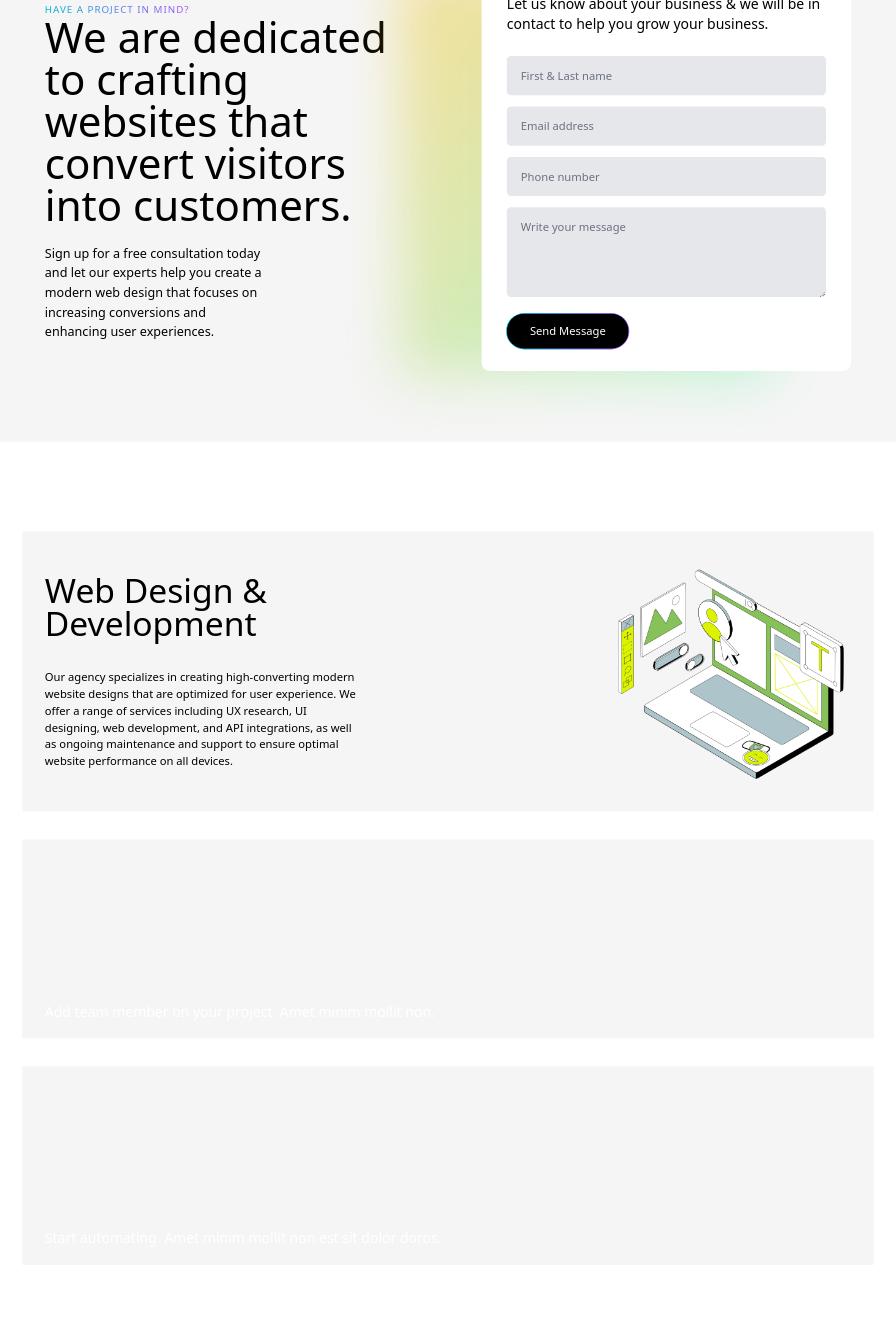
Repository: ornelasedward/mired_website
Page: /
These files come from the project's save history. The page is drawn as it stood at one moment and after a run of saves; the edit follows.
The browser window is 1280 px wide. The pictures show the part of the page from y = 1403 to 3323 px (the page is 3338 px tall), at 70% of full size.
The project was rebuilt for these pictures with package versions that can differ from the ones it lists, and the page was loaded fresh each time. The framework's server and built-in components were replaced by stand-ins that run in the browser. Also part of the build but not shown: next.config.js.

Above is the page before, as saved 2023-03-28 20:09:13.

### app/layout.tsx
import "./globals.css";

export const metadata = {
  title: "Mired",
  description: "Web design and development services",
};

export default function RootLayout({
  children,
}: {
  children: React.ReactNode;
}) {
  return (
    <html lang="en" className="bg-[#F5F5F5]">
      <body>{children}</body>
    </html>
  );
}

### app/page.tsx
import Header from "@/components/Header";
import Hero from "@/components/Hero";
import Services from "@/components/Services";
import CTA from "@/components/CTA";
import { Inter } from "next/font/google";
import Testimonial from "@/components/Testimonials";
import FAQ from "@/components/FAQ";
import Contact from "@/components/Contact";
import Footer from "@/components/Footer";

const inter = Inter({ subsets: ["latin"] });

export default function Home() {
  return (
    <main>
      <Hero />
      <Header />
      <Services />
      {/*  <CTA />
      <Testimonial />
      <FAQ />
      <Contact />
      <Footer /> */}
    </main>
  );
}

### components/Header.tsx
export default function Header() {
  return (
    <section className="py-12 overflow-hidden sm:py-16 lg:py-20 xl:py-24">
      <div className="px-4 mx-auto max-w-7xl sm:px-6 lg:px-8">
        <div className="grid max-w-6xl grid-cols-1 mx-auto gap-y-12 lg:grid-cols-2 lg:gap-x-16 xl:gap-x-24">
          <div className="relative flex flex-col justify-between max-w-lg lg:py-12 lg:max-w-none">
            <div className="flex-1">
              <p className="text-sm font-normal tracking-widest uppercase">
                <span className="text-transparent bg-clip-text bg-gradient-to-r from-cyan-500 to-purple-500">
                  {" "}
                  Have a project in mind?{" "}
                </span>
              </p>
            </div>

            <div className="mt-6 lg:mt-auto">
              <h2 className="text-3xl font-normal text-black sm:text-4xl lg:text-5xl xl:text-6xl">
                We are dedicated to crafting websites that convert visitors into
                customers.
              </h2>
              <p className="mt-4 text-base font-normal text-black lg:max-w-xs sm:text-lg sm:mt-6">
                Sign up for a free consultation today and let our experts help
                you create a modern web design that focuses on increasing
                conversions and enhancing user experiences.
              </p>
            </div>
          </div>

          <div className="relative flex items-center justify-center">
            <div className="absolute right-1/4 transform translate-x-4 -translate-y-1/2 top-1/2 bg-gradient-to-br from-[#F7BE08] to-[#55F5A3] w-full h-full blur-2xl opacity-40" />

            <div className="relative overflow-hidden bg-white rounded-xl">
              <div className="p-6 sm:py-8 sm:px-9">
                <p className="text-xl font-normal text-black">
                  Let us know about your business & we will be in contact to
                  help you grow your business.
                </p>

                <form action="#" method="POST" className="mt-8 space-y-4">
                  <div>
                    <label for="" className="sr-only">
                      {" "}
                      Full name{" "}
                    </label>
                    <div>
                      <input
                        type="text"
                        name=""
                        id=""
                        placeholder="First & Last name"
                        className="block w-full px-5 py-4 text-base text-black placeholder-gray-500 bg-gray-200 rounded-md focus:border-black focus:ring-1 focus:ring-black"
                      />
                    </div>
                  </div>

                  <div>
                    <label for="" className="sr-only">
                      {" "}
                      Email address{" "}
                    </label>
                    <div>
                      <input
                        type="email"
                        name=""
                        id=""
                        placeholder="Email address"
                        className="block w-full px-5 py-4 text-base text-black placeholder-gray-500 bg-gray-200 rounded-md focus:border-black focus:ring-1 focus:ring-black"
                      />
                    </div>
                  </div>

                  <div>
                    <label for="" className="sr-only">
                      {" "}
                      Phone number{" "}
                    </label>
                    <div>
                      <input
                        type="tel"
                        name=""
                        id=""
                        placeholder="Phone number"
                        className="block w-full px-5 py-4 text-base text-black placeholder-gray-500 bg-gray-200 rounded-md focus:border-black focus:ring-1 focus:ring-black"
                      />
                    </div>
                  </div>

                  <div>
                    <label for="" className="sr-only">
                      {" "}
                      Message{" "}
                    </label>
                    <div>
                      <textarea
                        name=""
                        id=""
                        placeholder="Write your message"
                        rows="4"
                        className="block w-full px-5 py-4 text-base text-black placeholder-gray-500 bg-gray-200 rounded-md focus:border-black focus:ring-1 focus:ring-black"
                      ></textarea>
                    </div>
                  </div>

                  <div>
                    <div className="relative inline-flex mt-2 group">
                      <div className="absolute transition-all duration-200 rounded-[2rem] -inset-px bg-gradient-to-r from-cyan-500 to-purple-500 group-hover:shadow-lg group-hover:shadow-cyan-500/50"></div>
                      <button
                        type="button"
                        className="relative inline-flex items-center justify-center px-8 py-3 text-base font-normal text-white bg-black border border-transparent rounded-[2rem]"
                        role="button"
                      >
                        Send Message
                      </button>
                    </div>
                  </div>
                </form>
              </div>
            </div>
          </div>
        </div>
      </div>
    </section>
  );
}

### components/Hero.tsx
import Image from "next/image";
import Link from "next/link";
import header from "../images/header.png";
import Logo from "../images/Logo.png";

export default function Hero() {
  return (
    <div className="overflow-x-hidden">
      <header className="py-4 md:py-6" x-data="{expanded: false}">
        <div className="container px-4 mx-auto sm:px-6 lg:px-8">
          <div className="flex items-center justify-between">
            <div className="flex-shrink-0">
              <Link
                href="#"
                title=""
                className="flex rounded outline-none focus:ring-1 focus:ring-gray-900 focus:ring-offset-2"
              >
                <Image
                  className="w-auto h-9"
                  src={Logo}
                  alt=""
                  width={100}
                  height={100}
                />
              </Link>
            </div>

            <div className="flex lg:hidden">
              <button type="button" className="text-gray-900">
                <span x-show="!expanded" aria-hidden="true">
                  <svg
                    className="w-7 h-7"
                    xmlns="http://www.w3.org/2000/svg"
                    fill="none"
                    viewBox="0 0 24 24"
                    stroke="currentColor"
                  >
                    <path
                      stroke-linecap="round"
                      stroke-linejoin="round"
                      stroke-width="1.5"
                      d="M4 6h16M4 12h16M4 18h16"
                    />
                  </svg>
                </span>

                <span x-show="expanded" aria-hidden="true">
                  <svg
                    className="w-7 h-7"
                    xmlns="http://www.w3.org/2000/svg"
                    fill="none"
                    viewBox="0 0 24 24"
                    stroke="currentColor"
                  >
                    <path
                      stroke-linecap="round"
                      stroke-linejoin="round"
                      stroke-width="2"
                      d="M6 18L18 6M6 6l12 12"
                    />
                  </svg>
                </span>
              </button>
            </div>

            <div className="hidden lg:flex lg:ml-16 lg:items-center lg:justify-center lg:space-x-10 xl:space-x-12">
              <Link
                href="#"
                title=""
                className="text-base font-medium text-gray-900 transition-all duration-200 rounded focus:outline-none font-pj hover:text-opacity-50 focus:ring-1 focus:ring-gray-900 focus:ring-offset-2 p-2"
              >
                Home
              </Link>

              <Link
                href="#"
                title=""
                className="text-base font-medium text-gray-900 transition-all duration-200 rounded focus:outline-none font-pj hover:text-opacity-50 focus:ring-1 focus:ring-gray-900 focus:ring-offset-2 p-2"
              >
                About
              </Link>

              <Link
                href="#"
                title=""
                className="text-base font-medium text-gray-900 transition-all duration-200 rounded focus:outline-none font-pj hover:text-opacity-50 focus:ring-1 focus:ring-gray-900 focus:ring-offset-2 p-2"
              >
                Services
              </Link>
              <Link
                href="#"
                title=""
                className="text-base font-medium text-gray-900 transition-all duration-200 rounded focus:outline-none font-pj hover:text-opacity-50 focus:ring-1 focus:ring-gray-900 focus:ring-offset-2 p-2"
              >
                Our work
              </Link>
              <Link
                href="#"
                title=""
                className="text-base font-medium text-gray-900 transition-all duration-200 rounded focus:outline-none font-pj hover:text-opacity-50 focus:ring-1 focus:ring-gray-900 focus:ring-offset-2 p-2"
              >
                FAQ
              </Link>
            </div>

            <div className="hidden lg:ml-auto lg:flex lg:items-center lg:space-x-10">
              <Link href="/" title="">
                <button
                  className="inline-flex items-center justify-center px-6 py-3 text-base font-normal leading-7 text-black transition-all duration-200 bg-transparent border-[2px] border-black rounded-[2rem] font-inter cursor-pointer focus:outline-none focus:ring-2 focus:ring-offset-2 focus:ring-gray-900 hover:bg-gray-900 focus:bg-gray-900 hover:text-white focus:text-white hover:border-gray-900 focus:border-gray-900"
                  role="button"
                >
                  <h1>Work with us</h1>
                  <svg
                    xmlns="http://www.w3.org/2000/svg"
                    fill="none"
                    viewBox="0 0 24 24"
                    stroke-width="1.5"
                    stroke="currentColor"
                    className="w-auto h-8 items-center pt-1 pl-2"
                  >
                    <path
                      stroke-linecap="round"
                      stroke-linejoin="round"
                      d="M17.25 8.25L21 12m0 0l-3.75 3.75M21 12H3"
                    />
                  </svg>
                </button>
              </Link>
            </div>
          </div>

          {/* <nav x-show="expanded" x-collapse>
            <div className="px-1 py-8">
              <div className="grid gap-y-7">
                <Link
                  href="#"
                  title=""
                  className="flex items-center p-3 -m-3 text-base font-medium text-gray-900 transition-all duration-200 rounded-xl hover:bg-gray-50 focus:outline-none font-pj focus:ring-1 focus:ring-gray-900 focus:ring-offset-2"
                >
                  {" "}
                  Features{" "}
                </Link>

                <Link
                  href="#"
                  title=""
                  className="flex items-center p-3 -m-3 text-base font-medium text-gray-900 transition-all duration-200 rounded-xl hover:bg-gray-50 focus:outline-none font-pj focus:ring-1 focus:ring-gray-900 focus:ring-offset-2"
                >
                  {" "}
                  Pricing{" "}
                </Link>

                <Link
                  href="#"
                  title=""
                  className="flex items-center p-3 -m-3 text-base font-medium text-gray-900 transition-all duration-200 rounded-xl hover:bg-gray-50 focus:outline-none font-pj focus:ring-1 focus:ring-gray-900 focus:ring-offset-2"
                >
                  {" "}
                  Automation{" "}
                </Link>

                <Link
                  href="#"
                  title=""
                  className="flex items-center p-3 -m-3 text-base font-medium text-gray-900 transition-all duration-200 rounded-xl hover:bg-gray-50 focus:outline-none font-pj focus:ring-1 focus:ring-gray-900 focus:ring-offset-2"
                >
                  {" "}
                  Customer Login{" "}
                </Link>

                <Link
                  href="#"
                  title=""
                  className="inline-flex items-center justify-center px-6 py-3 text-base font-bold leading-7 text-white transition-all duration-200 bg-gray-900 border border-transparent rounded-xl hover:bg-gray-600 font-pj focus:outline-none focus:ring-2 focus:ring-offset-2 focus:ring-gray-900"
                  role="button"
                >
                  Sign up
                </Link>
              </div>
            </div>
          </nav> */}
        </div>
      </header>

      <section className="pt-12 sm:pt-16">
        <div className="px-4 mx-auto max-w-7xl sm:px-6 lg:px-8">
          <div className="max-w-4xl mx-auto text-center">
            <div className="flex flex-col gap-4">
              <h1 className="mt-5 text-4xl font-light leading-tight text-gray-900 sm:leading-tight sm:text-5xl lg:text-6xl lg:leading-tight font-pj">
                Boost your online success with our data-driven
                <span className="relative inline-flex sm:inline">
                  {/* <span className="bg-gradient-to-r from-[#44BCFF] via-[#FF44EC] to-[#FF675E] blur-lg filter opacity-30 w-full h-full absolute inset-0"></span> */}
                  <span className="relative"> solutions </span>
                </span>
              </h1>
              <p className="px-6 text-lg text-gray-600 font-inter">
                Get the website you&apos;ve always wanted and the conversions{" "}
                you deserve with our
                <br /> full-service agency.
              </p>
            </div>
            <div className="px-8 sm:items-center sm:justify-center sm:px-0 sm:space-x-5 sm:flex mt-9">
              <Link
                href="#"
                title=""
                className="inline-flex items-center justify-center w-full px-8 py-3 text-lg font-bold text-black transition-all duration-200 bg-[#F8D44C] border-2 border-transparent sm:w-auto rounded-[2rem] font-pj hover:bg-gray-600 hover:text-white focus:bg-gray-600 focus:text-white focus:outline-none focus:ring-2 focus:ring-offset-2 focus:ring-gray-900"
                role="button"
              >
                Book a consultation
              </Link>

              <Link
                href="#"
                title=""
                className="inline-flex items-center justify-center w-full px-6 py-3 mt-4 text-lg font-bold text-black transition-all duration-200 border-2 border-black sm:w-auto sm:mt-0 rounded-[2rem] font-pj focus:outline-none focus:ring-2 focus:ring-offset-2 focus:ring-gray-900 hover:bg-gray-900 focus:bg-gray-900 hover:text-white focus:text-white hover:border-gray-900 focus:border-gray-900"
                role="button"
              >
                Take our quiz
                <svg
                  className="w-5 h-5 mr-2 pt-1"
                  viewBox="0 0 18 18"
                  fill="none"
                  stroke="currentColor"
                  xmlns="http://www.w3.org/2000/svg"
                >
                  <path
                    d="M8.18003 13.4261C6.8586 14.3918 5 13.448 5 11.8113V5.43865C5 3.80198 6.8586 2.85821 8.18003 3.82387L12.5403 7.01022C13.6336 7.80916 13.6336 9.44084 12.5403 10.2398L8.18003 13.4261Z"
                    stroke-width="2"
                    stroke-miterlimit="10"
                    stroke-linecap="round"
                    stroke-linejoin="round"
                  />
                </svg>
              </Link>
            </div>
          </div>
        </div>
        <div className="absolute bottom-1/2 left-1/4 w-2/3 h-full rounded-full bg-[#55F5A3] opacity-80 blur-3xl filter -z-10" />
        <div className="absolute bottom-1/4 right-0 w-1/4 h-full rounded-full bg-[#F1CB00] opacity-50 blur-3xl filter -z-10" />
        <div className="py-12">
          <div className="">
            <Image
              className="m-auto"
              src={header}
              alt=""
              width={900}
              height={900}
            />
          </div>
        </div>
      </section>
    </div>
  );
}

### components/Services.tsx
import Image from "next/image";
import Laptop from "../images/Laptop.png";

export default function Services() {
  return (
    <div className="bg-white">
      <div className="relative px-4 mx-auto sm:px-6 lg:px-8 max-w-7xl">
        <div className="grid grid-cols-1 gap-10 py-32">
          <div className="bg-[#F5F5F5]">
            <div className="grid grid-cols-3">
              <div className="col-span-2 flex items-center">
                <div className="sm:px-8 flex flex-col lg:gap-10 gap-6 max-w-lg">
                  <h1 className="lg:text-5xl text-4xl font-normal text-black">
                    Web Design & Development
                  </h1>
                  <p className="text-md">
                    Our agency specializes in creating high-converting modern
                    website designs that are optimized for user experience. We
                    offer a range of services including UX research, UI
                    designing, web development, and API integrations, as well as
                    ongoing maintenance and support to ensure optimal website
                    performance on all devices.
                  </p>
                </div>
              </div>
              <div className="col-span-1">
                <Image
                  className="m-auto"
                  src={Laptop}
                  alt=""
                  width={400}
                  height={400}
                />
              </div>
            </div>
          </div>

          <div className="bg-[#F5F5F5]">
            <div className="p-6 sm:px-8">
              <p className="mt-12 text-xl font-normal text-white lg:mt-32 xl:mt-52">
                Add team member on your project. Amet minim mollit non.
              </p>
            </div>
          </div>

          <div className="bg-[#F5F5F5]">
            <div className="p-6 sm:px-8">
              <p className="mt-12 text-xl font-normal text-white lg:mt-32 xl:mt-52">
                Start automating. Amet minim mollit non est sit dolor doros.
              </p>
            </div>
          </div>
        </div>
      </div>
    </div>
  );
}

Loaded but not shown: app/globals.css (common file); tailwind.config.js (common file)

After the next 2 saves:
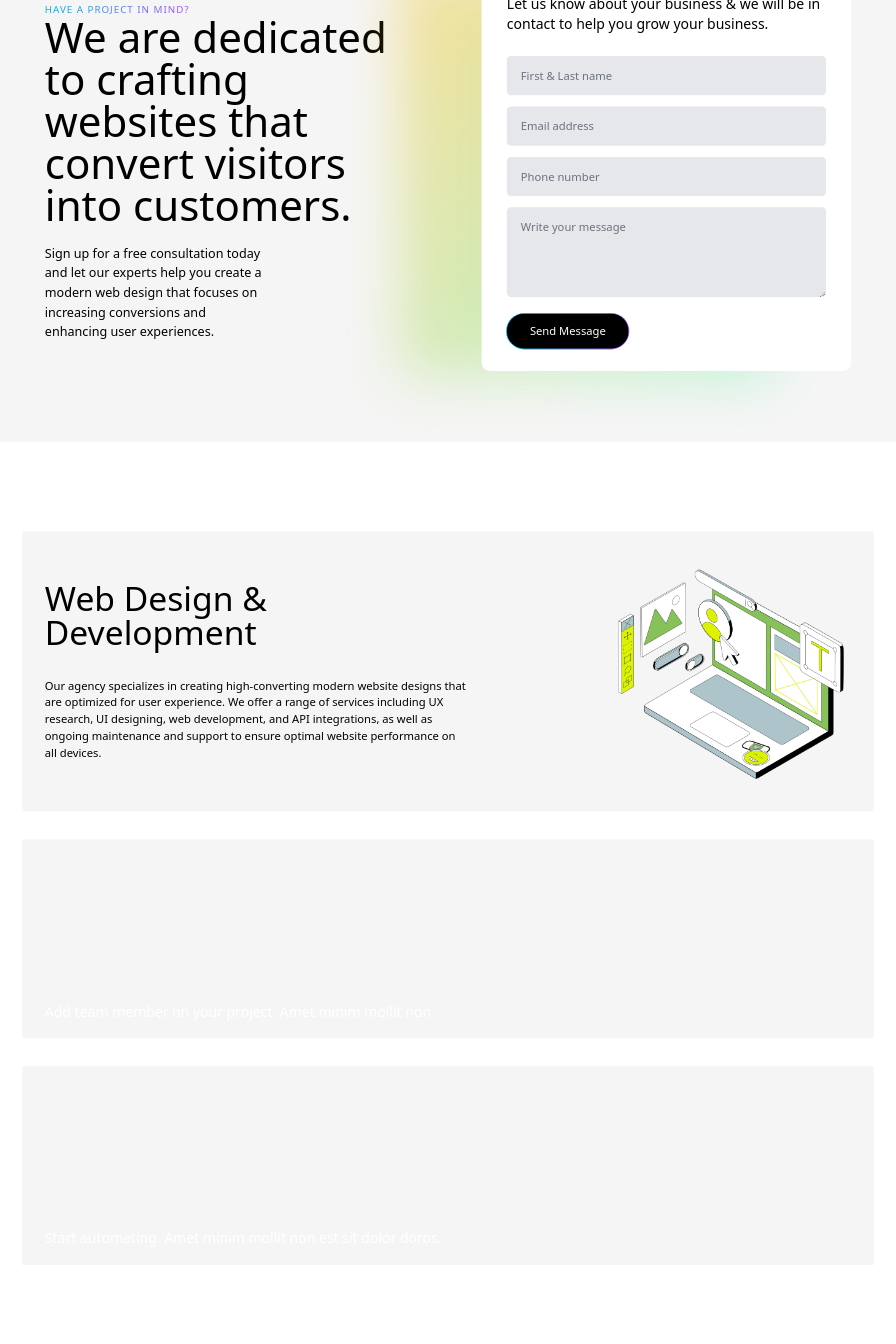
The 2 saves are shown as one change because they came seconds apart.
The last was saved 7 s later.
--- a/components/Services.tsx
+++ b/components/Services.tsx
@@ -9,7 +9,7 @@
           <div className="bg-[#F5F5F5]">
             <div className="grid grid-cols-3">
               <div className="col-span-2 flex items-center">
-                <div className="sm:px-8 flex flex-col lg:gap-10 gap-6 max-w-lg">
+                <div className="sm:px-8 flex flex-col lg:gap-10 gap-6 max-w-2xl">
                   <h1 className="lg:text-5xl text-4xl font-normal text-black">
                     Web Design & Development
                   </h1>
